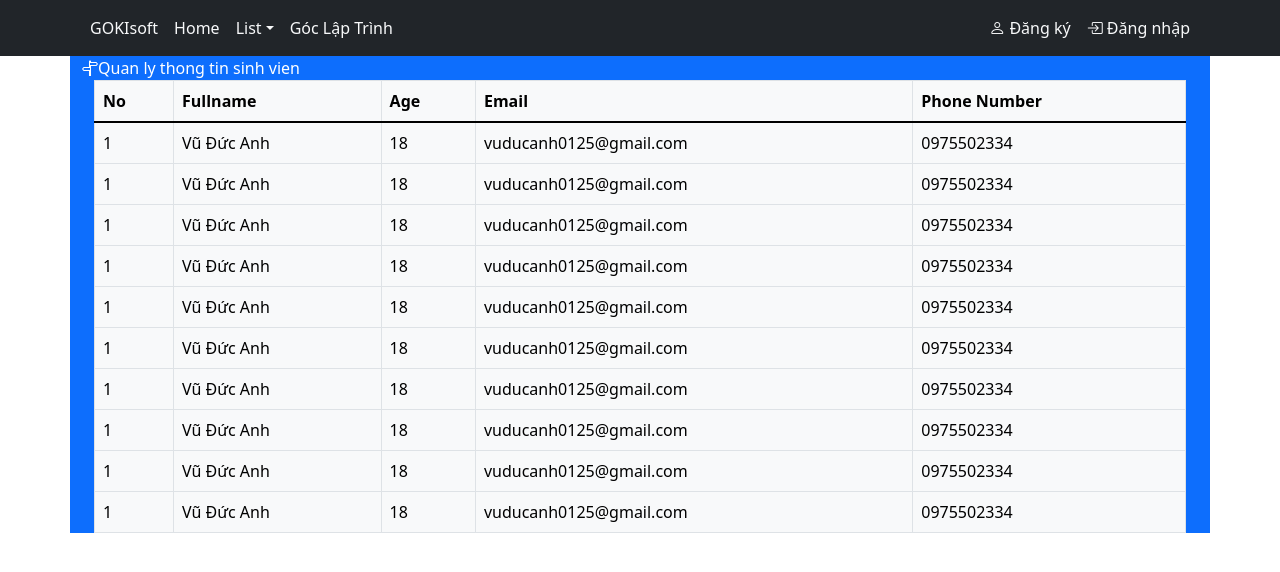
Repository: AnhDuc0125/HTML-Aptech
Page: bt2045/index.html
An editor plug-in stored every save of this project. The page is shown before and after the next save, followed by the edit.
The browser window is 1280 px wide. The pictures show the whole page.
Some web libraries are served in a nearby version.

Above is the page before, as saved 2021-12-13 20:56:23.

After the next save:
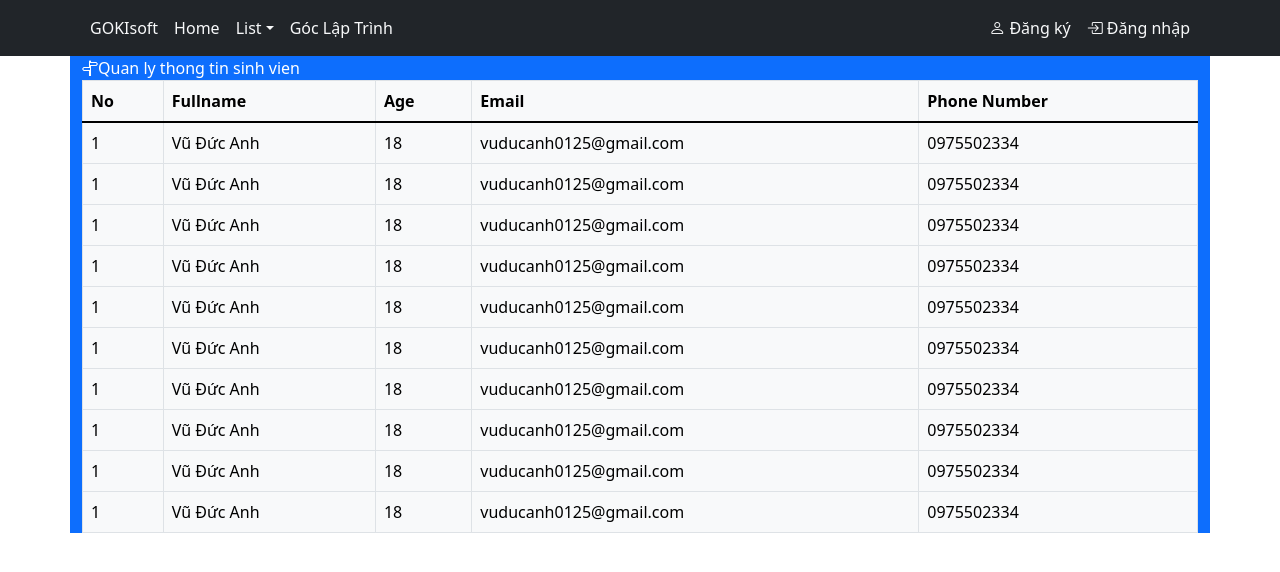
Saved 23 s later.
--- a/bt2045/index.html
+++ b/bt2045/index.html
@@ -26,8 +26,8 @@
     </nav>
     <div class="boxed bg-primary text-white container">
         <i class="bi bi-signpost-split"></i>Quan ly thong tin sinh vien
-        <div class="container-fluid">
-            <table class="table table-bordered bg-light text-black">
+        <!-- <div class="container"> -->
+            <table class="table table-bordered bg-light text-black container">
                 <thead>
                     <tr>
                         <th>No</th>
@@ -110,7 +110,7 @@
                     </tr>
                 </tbody>
             </table>
-        </div>
+        <!-- </div> -->
     </div>
 </body>
 </html>

After the 2 saves that followed:
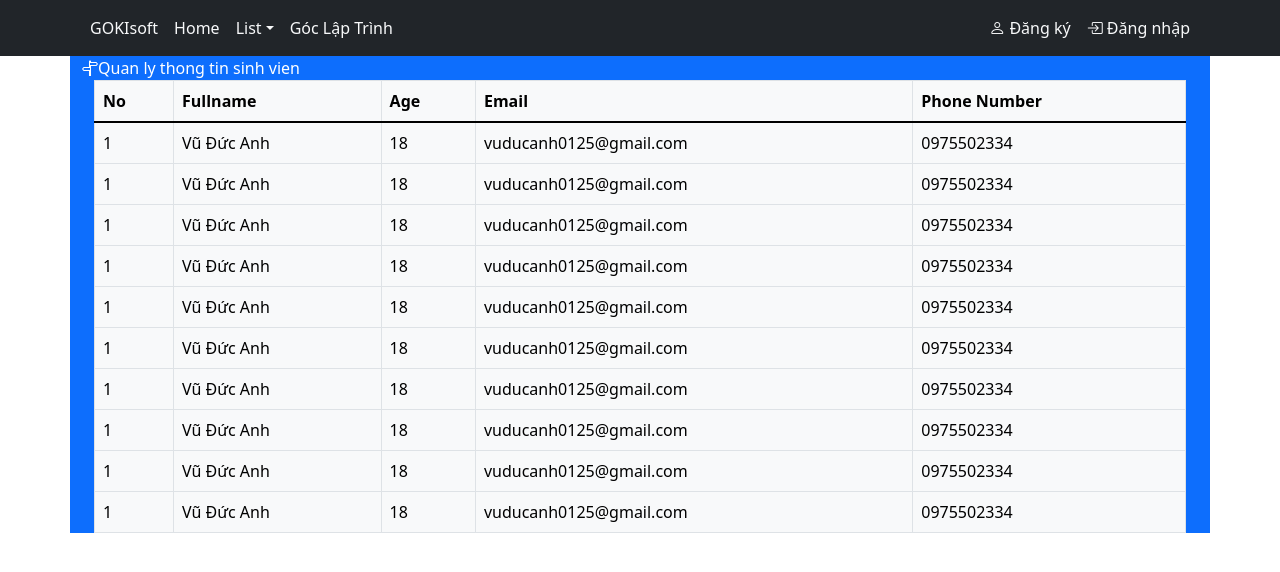
The 2 saves are shown as one change because 1 left the picture as it was.
The last was saved 71 s later.
--- a/bt2045/index.html
+++ b/bt2045/index.html
@@ -26,8 +26,8 @@
     </nav>
     <div class="boxed bg-primary text-white container">
         <i class="bi bi-signpost-split"></i>Quan ly thong tin sinh vien
-        <!-- <div class="container"> -->
-            <table class="table table-bordered bg-light text-black container">
+        <div class="container-fluid">
+            <table class="table table-bordered bg-light text-black">
                 <thead>
                     <tr>
                         <th>No</th>
@@ -110,7 +110,7 @@
                     </tr>
                 </tbody>
             </table>
-        <!-- </div> -->
+        </div>
     </div>
 </body>
 </html>
